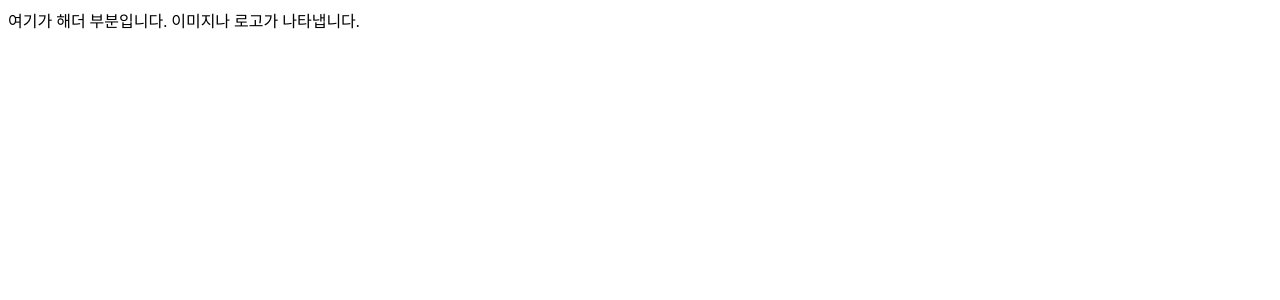
Repository: seokku/java2
Page: workspace/web/ch02basic/WebContent/semantic.html
These files come from the project's save history. The page is drawn as it stood at one moment and after the next save; the edit follows.
The browser window is 1280 px wide. The pictures show the whole page.

Above is the page before, as saved 2021-02-15 07:25:23.

### workspace/web/ch02basic/WebContent/semantic.html
<!DOCTYPE html>
<html>
<head>
<meta charset="UTF-8">
<title>Insert title here</title>
</head>
<body>
<header>여기가 해더 부분입니다. 이미지나 로고가 나타냅니다.</header>
</body>
</html>

After the next save:
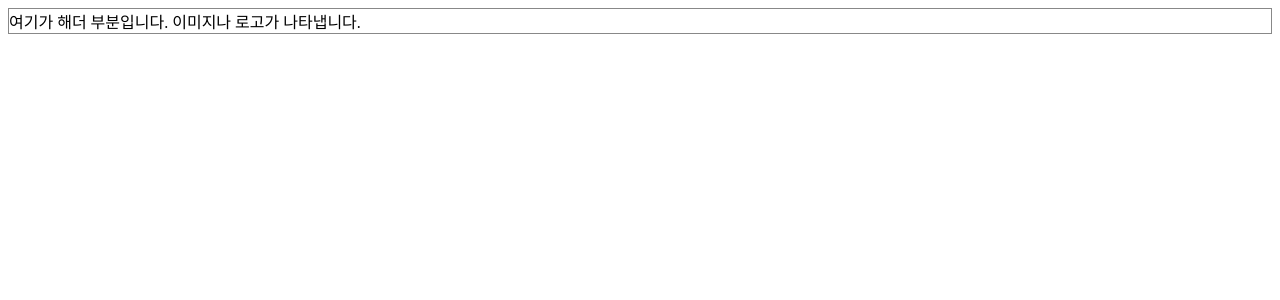
Saved 108 s later.
--- a/workspace/web/ch02basic/WebContent/semantic.html
+++ b/workspace/web/ch02basic/WebContent/semantic.html
@@ -3,6 +3,12 @@
 <head>
 <meta charset="UTF-8">
 <title>Insert title here</title>
+<style type="text/css">
+header, nav, section, article, aside, footer{
+/* 	div를 구분해서 의미 있는 공간을 만들어서 사용하기 */
+	border: 1px double #888;
+}
+</style>
 </head>
 <body>
 <header>여기가 해더 부분입니다. 이미지나 로고가 나타냅니다.</header>
